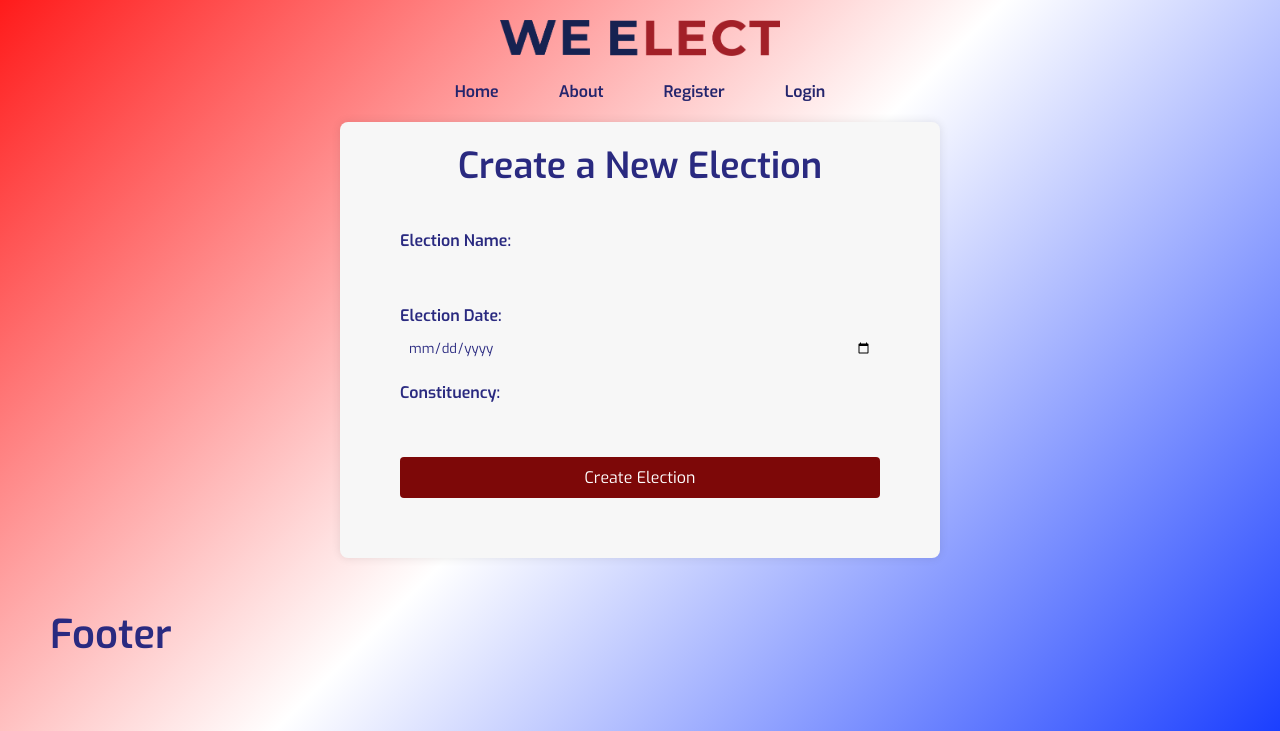
Repository: Bojurie/Register-Foe
Page: /register-election (app in my-app/)
These files come from the project's save history. The page is drawn as it stood at one moment and after the next save; the edit follows.
The browser window is 1280 px wide. The pictures show the whole page.
Some web fonts or font styles are not loaded; a fallback is used. The project was rebuilt for these pictures with package versions that can differ from the ones it lists, and the page was loaded fresh each time. Also part of the build but not shown: my-app/src/components/TextLink.css, my-app/src/components/TextLink.js, my-app/src/components/FormInput.js, my-app/src/components/LoginForm/LoginForm.js, my-app/src/components/SignIn.js, my-app/src/components/FormTitle.css, my-app/src/components/FormTitle.js, my-app/src/components/signIn-page.js and 21 more.

Above is the page before, as saved 2023-12-21 05:35:00.

### my-app/public/index.html
<!DOCTYPE html>
<html lang="en">
  <head>
    <meta charset="utf-8" />
    <link rel="icon" href="%PUBLIC_URL%/favicon.ico" />
    <meta name="viewport" content="width=device-width, initial-scale=1" />
    <meta name="theme-color" content="#000000" />
    <meta
      name="description"
      content="Web site created using create-react-app"
    />
    <link rel="apple-touch-icon" href="%PUBLIC_URL%/logo192.png" />
    <link rel="manifest" href="%PUBLIC_URL%/manifest.json" />

    <link rel="preconnect" href="https://fonts.googleapis.com">
    <link rel="preconnect" href="https://fonts.gstatic.com" crossorigin>
    <link rel="preconnect" href="https://fonts.googleapis.com">
<link rel="preconnect" href="https://fonts.gstatic.com" crossorigin>
<link rel="preconnect" href="https://fonts.googleapis.com">
<link rel="preconnect" href="https://fonts.gstatic.com" crossorigin>
<link href="https://fonts.googleapis.com/css2?family=Exo:ital,wght@0,400;0,500;0,600;1,500;1,600;1,700&family=GFS+Neohellenic:ital,wght@0,400;0,700;1,400;1,700&family=Roboto:wght@400;500&display=swap" rel="stylesheet">
    <title>React App</title>
  </head>
  <body>
    <noscript>You need to enable JavaScript to run this app.</noscript>
    <div id="root"></div>
    <!--
      This HTML file is a template.
      If you open it directly in the browser, you will see an empty page.

      You can add webfonts, meta tags, or analytics to this file.
      The build step will place the bundled scripts into the <body> tag.

      To begin the development, run `npm start` or `yarn start`.
      To create a production bundle, use `npm run build` or `yarn build`.
    -->
  </body>
</html>

### my-app/src/index.js
import React from "react";
import { createRoot } from "react-dom/client";
import { BrowserRouter } from "react-router-dom";
import App from "./App";
import { AuthProvider } from "./components/AuthContext/AuthContext";

const root = document.getElementById("root");
const reactRoot = createRoot(root);

reactRoot.render(
  <BrowserRouter>
    <AuthProvider>
      <App />
    </AuthProvider>
  </BrowserRouter>
);

### my-app/src/App.js
import React from "react";
import { Routes, Route } from "react-router-dom";
import "./App.css";
import { AuthProvider, useAuth } from "./components/AuthContext/AuthContext";
import SignInPage from "./components/signIn-page";
import Register from "./register";
import Main from "./components/Main/Main";
import LandingPage from "./Pages/LandingPage/LandingPage";
import Navbar from "./components/Navbar/Navbar";
import Footer from "./components/Footer/Footer";
import CandidateRegistrationForm from "./components/CandidateRegistration/CandidateRegistration";
import ElectionRegistrationForm from "./components/ElectionRegisteration/ElectionRegistration";

function App() {
  const { user } = useAuth();
  return (
    <div className="App">
      <AuthProvider>
        <Navbar />
        <Routes>
          <Route path="/register-candidate" element={<CandidateRegistrationForm />} />
          <Route path="/register-election" element={<ElectionRegistrationForm />} />
          <Route path="/register" element={<Register />} />
          <Route path="/login" element={<SignInPage />} />
          <Route path="/" element={<LandingPage />} />
          {user && <Route path="/main" exact element={<Main />} /> }
        </Routes>
        <Footer />
      </AuthProvider>
    </div>
  );
}
export default App;

### my-app/src/components/AuthContext/AuthContext.jsx
import { createContext, useContext, useEffect, useReducer } from "react";
import { loginUser, registerUser } from "../AuthAPI/AuthAPI";
import { useNavigate } from "react-router";
import {
  getStoredUser,
  removeStoredUser,
  getStoredToken,
  removeStoredToken,
} from "../LocalStorageManager/LocalStorageManager";

export const AuthContext = createContext();

// Action types
const ActionTypes = {
  LOGIN_SUCCESS: "LOGIN_SUCCESS",
  LOGOUT: "LOGOUT",
  REGISTER_SUCCESS: "REGISTER_SUCCESS",
};

// Reducer function
const authReducer = (state, action) => {
  switch (action.type) {
    case ActionTypes.LOGIN_SUCCESS:
    case ActionTypes.REGISTER_SUCCESS:
      return { ...state, user: action.payload.user };
    case ActionTypes.LOGOUT:
      return { ...state, user: null };
    default:
      return state;
  }
};

export const AuthProvider = ({ children }) => {
  const initialState = { user: null };
  const [state, dispatch] = useReducer(authReducer, initialState);
  const navigate = useNavigate();

  useEffect(() => {
    const initializeAuth = async () => {
      const token = getStoredToken();
      if (token) {
        const user = getStoredUser();
        dispatch({ type: ActionTypes.LOGIN_SUCCESS, payload: { user } });
      }
    };
    initializeAuth();
  }, []);

  const register = async (formData) => {
    try {
      const response = await registerUser(formData);
      if (response.success) {
        console.log("User registered successfully");
      }
    } catch (error) {
      console.error("Registration failed:", error);
      throw error;
    }
  };

  const login = async (formData) => {
    try {
      const { user } = await loginUser(formData);
      dispatch({ type: ActionTypes.LOGIN_SUCCESS, payload: { user } });
      navigate("/main");
    } catch (error) {
      console.error("Login failed:", error);
      throw error;
    }
  };

  const logout = async () => {
    removeStoredUser();
    removeStoredToken();
    dispatch({ type: ActionTypes.LOGOUT });
    navigate("/");
  };

  const contextValue = {
    user: state.user,
    login,
    logout,
    register,
    isAuthenticated: !!state.user,
  };

  return (
    <AuthContext.Provider value={contextValue}>{children}</AuthContext.Provider>
  );
};

export const useAuth = () => {
  const context = useContext(AuthContext);
  if (!context) {
    throw new Error("useAuth must be used within an AuthProvider");
  }
  return context;
};

### my-app/src/App.css
/* .App {
  height: 100%;
} */
*{
  margin: 0px;
  padding: 0px;
  font-family: 'Exo', sans-serif;
  color: rgb(42, 42, 128);
}
body{
    background: linear-gradient(135deg, #ff1b1b, #ffffff 50%, #1b3fff);


}
@media only screen and (min-width: 992px){
  h1{
    font-size: 45px;
  }
  h2{
    font-size: 35px;
  }
  h3{
    font-size: 25px;
  }
}

/* font-family: 'Poppins', sans-serif; */

### my-app/src/components/Navbar/Navbar.jsx
import React, { useContext } from "react";
import { Link } from "react-router-dom";
import { motion } from "framer-motion";
import "./Navbar.css";
import LogoLeft from "../images/logo4-2.png";
import LogoRight from "../images/logo5.png";
import LogoutButton from "../LogoutButton";
import { AuthContext } from "../AuthContext/AuthContext.jsx";

const Navbar = () => {
  const { user } = useContext(AuthContext);

  const navbarVariants = {
    hidden: { opacity: 0, y: -50 },
    visible: { opacity: 1, y: 0 },
  };

  const linkVariants = {
    hover: { scale: 1.1 },
    color: "red",
  };

  return (
    <motion.nav
      className="Nav"
      initial="hidden"
      animate="visible"
      variants={navbarVariants}
    >
      <div className="Logo">
        <motion.div
          className="Logo-Left"
          initial={{ x: -100, opacity: 0 }}
          animate={{ x: 0, opacity: 1 }}
          transition={{ duration: 2, ease: "easeInOut" }}
        >
          <img src={LogoLeft} alt="Logo" />
        </motion.div>

        <motion.div
          className="Logo-Right"
          initial={{ x: 100, opacity: 0 }}
          animate={{ x: 0, opacity: 1 }}
          transition={{ duration: 2, ease: "easeInOut" }}
        >
          <img src={LogoRight} alt="Logo" />
        </motion.div>
      </div>
      <ul className="Nav-Links">
        <motion.li whileHover="hover" variants={linkVariants}>
          <Link to="/">Home</Link>
        </motion.li>
        <motion.li whileHover="hover" variants={linkVariants}>
          <Link to="/about">About</Link>
        </motion.li>
        <motion.li whileHover="hover" variants={linkVariants}>
          <Link to="/register">Register</Link>
        </motion.li>
        {user ? (
          <motion.li>
            <LogoutButton />
          </motion.li>
        ) : (
          <motion.li whileHover="hover" variants={linkVariants}>
            <Link to="/login">Login</Link>
          </motion.li>
        )}
      </ul>
    </motion.nav>
  );
};

export default Navbar;

### my-app/src/components/Footer/Footer.jsx
import React from 'react';
import './Footer.css'

function Footer() {
  return (
    <div className='Footer'>
      <h1>Footer</h1>
    </div>
  )
}

export default Footer

### my-app/src/components/ElectionRegisteration/ElectionRegistration.js
import React, { useState } from "react";
import axios from "axios";
import './ElectionRegistration.css'
import { motion } from "framer-motion";


const ElectionRegistrationForm = () => {
  const [formData, setFormData] = useState({
    electionName: "",
    electionDate: "",
    constituency: "",
  });

  const handleChange = (e) => {
    const { name, value } = e.target;
    setFormData({
      ...formData,
      [name]: value,
    });
  };

  const handleSubmit = async (e) => {
    e.preventDefault();

    try {
      const response = await axios.post("auth/election/create-election", formData);
      console.log(response.data);
    } catch (error) {
      console.error("Error creating election:", error);
    }
  };

  return (
    <motion.div
      initial={{ opacity: 0, y: -20 }}
      animate={{ opacity: 1, y: 0 }}
      exit={{ opacity: 0 }}
      transition={{ duration: 0.5 }}
      className="container mt-4 election-form-container"
    >
      <h2>Create a New Election</h2>
      <form onSubmit={handleSubmit}>
        <div className="mb-3">
          <label htmlFor="electionName" className="form-label">
            Election Name:
          </label>
          <input
            type="text"
            id="electionName"
            name="electionName"
            value={formData.electionName}
            onChange={handleChange}
            required
            className="form-control"
          />
        </div>

        <div className="mb-3">
          <label htmlFor="electionDate" className="form-label">
            Election Date:
          </label>
          <input
            type="date"
            id="electionDate"
            name="electionDate"
            value={formData.electionDate}
            onChange={handleChange}
            required
            className="form-control"
          />
        </div>

        <div className="mb-3">
          <label htmlFor="constituency" className="form-label">
            Constituency:
          </label>
          <input
            type="text"
            id="constituency"
            name="constituency"
            value={formData.constituency}
            onChange={handleChange}
            className="form-control"
          />
        </div>

        <button type="submit" className="btn btn-primary">
          Create Election
        </button>
      </form>
    </motion.div>
  );
};

export default ElectionRegistrationForm;

### my-app/src/components/AuthAPI/AuthAPI.jsx
import axios from "axios";
import { setStoredUser, setStoredToken } from "../LocalStorageManager/LocalStorageManager";

const API_BASE_URL = "http://localhost:3001/auth";

export const loginUser = async (formData) => {
  try {
    const { data } = await axios.post(`${API_BASE_URL}/login`, formData);
    const { user, token } = data;

    if (!user || !user.id || !user.username || !token) {
      throw new Error("Invalid user data received");
    }
    setStoredUser(user);
    setStoredToken(token);
    return user;
  } catch (error) {
    console.error("Login failed:", error);

    if (error.response) {
      console.error("Server response:", error.response.data);
    }

    throw error;
  }
};

export const registerUser = async (formData) => {
    try {
    const response = await axios.post(`${API_BASE_URL}/register`, formData);

    if (response.status === 201) {
      console.log("Registration successful:", response.data);
      return { success: true };
    } else {
      throw new Error(response.data.error || "Registration failed");
    }
  } catch (error) {
    console.error("Error registering user:", error);
    throw new Error("An error occurred while registering. Please try again.");
  }
};

### my-app/src/components/LocalStorageManager/LocalStorageManager.jsx
export const setStoredUser = (user) => {
  try {
    localStorage.setItem("user", JSON.stringify(user));
  } catch (error) {
    console.error("Error storing user data in localStorage:", error);
  }
};

export const getStoredUser = () => {
  try {
    const storedUser = localStorage.getItem("user");
    return storedUser ? JSON.parse(storedUser) : null;
  } catch (error) {
    console.error("Error parsing user data from localStorage:", error);
    removeStoredUser(); // Remove corrupted data if any
    return null;
  }
};

export const removeStoredUser = () => {
  try {
    localStorage.removeItem("user");
  } catch (error) {
    console.error("Error removing user data from localStorage:", error);
  }
};

export const setStoredToken = (token) => {
  try {
    localStorage.setItem("token", token);
  } catch (error) {
    console.error("Error storing token in localStorage:", error);
  }
};

export const getStoredToken = () => {
  try {
    return localStorage.getItem("token");
  } catch (error) {
    console.error("Error getting token from localStorage:", error);
    return null;
  }
};

export const removeStoredToken = () => {
  try {
    localStorage.removeItem("token");
  } catch (error) {
    console.error("Error removing token from localStorage:", error);
  }
};

### my-app/src/components/signIn-page.css
* {
  padding: 0;
  margin: 0;
}

h1 {
  z-index: 1000 !important;
}

.sign-in-form__title {
  z-index: 1000 !important;

}
.sign_in_wrapper{
  display: flex;
    height: 600px;
    align-items: center;
    justify-content: center;
}

.form-header_wrapper{
  width: 50%;

}
.signin-container {
    width: 100%;
    padding: 0px 100px;
}

.signIn_form_wrapper>.form_field_wrappers input {
  width: 96%;
}

.signIn_form_wrapper {
  width: 50%;
}

.signin_form_wrapper {
  width: 50%;
  display: flex;
    align-items: center;
    justify-content: center;
}

.form-header_title {
  display: flex;
  justify-content: center;
  align-items: center;
  color: white;
  padding: 70px 0px;


  padding: 30px 0;
  text-transform: uppercase;
  letter-spacing: 3px;
  font-weight: 400;
  font-family: 'Old Standard TT',
    serif;
}

.signIn_link {
  padding: 0px 40px;
}

.form-header_title {
  position: relative;
  color: white;
}

.form-title {
  z-index: 1000 !important;
  color: rgb(163 32 40);
}

.form-header_title::after,
.form-header_title::before {
  position: absolute;
  content: "";
  width: 160px;
  height: 160px;
  background: white;
  bottom: -1;
  z-index: 100;
}

.form-header_title::before {
  right: 50%;
  transform: skew(0, 20deg);
}

.form-header_title::after {
  left: 50%;
  transform: skew(0, -20deg);
}

@media only screen and (max-width: 760px) {
  .sign_in_wrapper {
    display: grid;
    justify-content: normal;
    height: 60px;
    width: 100%;
  }

  .form-header_title {
    width: 100%;
    height: 200px;
  }

  .signin_form_wrapper {
    width: 100%;
    height: 100%;
    padding: 40px 0;
  }
}


@media only screen and (max-width: 600px) {
  .sign_in_wrapper {
    display: grid;
    justify-content: normal;
    height: 60px;
    width: 100%;
  }
.signin-container {
    width: 100%;
    padding: 0px;
}
  .form-header_title {
    width: 100%;
    height: 200px;
    background-color: red;

  }

  .form-title {
    color: rgb(33, 33, 134);
  }

  .signin_form_wrapper {
    width: 100%;
    height: 100%;
    padding: 40px 0;
  }
  button input {
    color: rgb(33, 33, 134);

  }

  .button {
    background-color:rgb(33, 33, 134);
    color: red;
    padding: 10px 30px;

  }

  button:hover {
    background-color: rgb(240, 177, 61);
    color: rgb(42, 42, 128);
  }
}


.login-container {
  max-width: 300px;
  margin: auto;
  padding: 20px;
  border: 1px solid #ccc;
  border-radius: 8px;
  box-shadow: 0 0 10px rgba(0, 0, 0, 0.1);
}

label {
  display: block;
  margin-bottom: 8px;
}

input {
  width: 100%;
  padding: 8px;
  margin-bottom: 16px;
  border: 1px solid #ccc;
  border-radius: 4px;
}

button {
  background-color: rgb(163 32 40);
  color: white;
  padding: 10px 15px;
  border: none;
  border-radius: 4px;
  cursor: pointer;
}

button:hover {
  background-color: #2980b9;
}

.error-message {
  color: #e74c3c;
  margin-bottom: 10px;
}
.button {
    background-color: red;
    color: White;
    padding: 10px 30px;

  }

  .button:hover {
    background-color:rgb(42, 42, 128);
    color: white
  }

### my-app/src/Home.css
* {
  padding: 0;
  margin: 0;
  box-sizing: border-box;
}

.registerIn_page {

}

.register_wrapper {

}

.register-header_wrapper {

}

.register-wrapper {
      display: flex;
    height: 100%;
    align-items: center;
    justify-content: center;
}

.register-form-header_title > h1{
      color: #070448;
}
.register-form-header_title{
  position: relative;
    display: flex;
    justify-content: center;
    align-items: center;
    padding: 30px 0;
    text-transform: uppercase;
    letter-spacing: 3px;
    font-weight: 400;
    font-family: 'Old Standard TT', serif;

}

.register-form-header_title::after, .register-form-header_title::before {
    position: absolute;
    content: "";
    width: 160px;
    height: 160px;
    background: white;
    bottom: -1;
    z-index: 100;
}
.register-form-header_title::before {
    right: 50%;
    transform: skew(0, 20deg);
}

.register-form-header_title::after {
    left: 50%;
    transform: skew(0, -20deg);
}

body {
  font-family: 'Roboto',
    sans-serif;
}

.Home_wrapper {
  align-items: center;
  width: 100%;
  /* display: flex; */
  justify-content: space-around;
  align-items: center;
  height: 100%;

}



.Home_formTitle_wrapper {
  background-color: rgb(7, 4, 72);
  width: 50%;
  float: left;
  height: 100vh;
  display: flex;
  justify-content: center;
  align-items: center;
  color: white;
}

.home-header {
  text-align: center;
  font-size: 40px;
  text-transform: uppercase;
  letter-spacing: 3px;
  font-weight: 400;
  font-family: 'Old Standard TT',
    serif;
  color: white;
}

.Home_form_wrapper {
  width: 50%;
}
.register-form-header_wrapper {
  width: 50%;
}

@media only screen and (max-width: 760px) {
  .Home_wrapper {
    display: grid;
    justify-content: normal;
    height: 60px;
    width: 100%;
  }

  .Home_formTitle_wrapper {
    width: 100%;
    height: 200px;
  }

  .Home_form_wrapper {
    width: 100%;
    height: 100%;
    /* padding: 40px 0; */
  }
}


@media only screen and (max-width: 600px) {
  .Home_wrapper {
    display: grid;
    justify-content: normal;
    height: 60px;
    width: 100%;
  }

  .Home_formTitle_wrapper {
    width: 100%;
    height: 200px;
    background-color: rgb(33, 33, 134);
    color: orange;
  }

  .form-title {
    color:  rgb(42, 42, 128);
  }

  .Home_form_wrapper {
    width: 100%;
    height: 100%;
    padding: 40px 0;
  }

  .form_field_wrappers {
    /* padding: 20px 0; */
  }

  button input {
    background-color: orange;
    color: rgb(33, 33, 134);

  }

  .button {
    background-color: rgb(42, 42, 128);
    color: white;
    padding: 10px 30px;

  }

  button:hover {
    background-color: red;

  }
}
@media only screen and (min-width: 992px){
  h1{
    font-size: 40px;
  }
  h2{
    font-size: 36px;
    font-weight: 700;
  }
  h3{
    font-size: 26px;
    padding: 20px 0px;
  }
}

### my-app/src/Pages/LandingPage/LandingPage.css
/* LandingPage.css */
.LandingPage {
  display: flex;
  flex-direction: column;
  align-items: center;
  justify-content: center;
  color: white;
  text-align: center;
  padding: 50px;
}


.LandingLogo {
  margin-bottom: 20px;
  width: 250px; /* Adjust the size of the logo as needed */
  display: flex;
  justify-content: center;
  align-items: center;
}
.LandingLogo img {
  width: 100%;
  height: 100%;
}
h1 {
  font-size: 2.5em;
  margin-bottom: 0.5em;
}

h3 {
  font-size: 1.5em;
  margin-top: 0;
}

/* Responsive Design */
@media (max-width: 768px) {
  h1 {
    font-size: 2em;
  }
  h3 {
    font-size: 1.2em;
  }
}

### my-app/src/components/Navbar/Navbar.css
.Nav {
  display: flex;
  flex-direction: column;
  align-items: center;
  justify-content: space-between;
  height: auto;
  width: 100%;
  padding: 10px;

}
.Logo{
  width: 300px;
  display: flex;
  justify-content: center;
  align-content: center;
}
.Logo-Left{
  padding: 10px;
}
.Logo-Right{
  padding: 10px;
}

.Logo img{
  width: 100%;
}

.Nav-Links {
  display: flex;
  list-style: none;
  padding: 0;
  margin: 10px 0;
}

.Nav-Links a {
  text-decoration: none;
  margin: 0 10px;
  font-weight: 700;
  color: #24256d;
}

### my-app/src/components/Footer/Footer.css
.Footer{
  padding: 50px;
}

### my-app/src/components/CandidateRegistration/CandidateRegistration.css
/* CandidateRegistrationForm.css */

/* Default styles for larger screens */
.container {
  max-width: 600px;
  margin: 0 auto;
}

.candidate-form-container {
  /* background-color: #f7f7f7; */
  padding: 20px;
  border-radius: 8px;
  box-shadow: 0px 0px 10px rgba(0, 0, 0, 0.1);
}

.form-label {
  font-weight: bold;
}

/* Mobile responsiveness */
@media (max-width: 768px) {
  .container {
    max-width: 100%;
  }

  .candidate-form-container {
    padding: 10px;
  }
}

### my-app/src/components/ElectionRegisteration/ElectionRegistration.css
/* ElectionRegistrationForm.css */

/* Default styles for larger screens */
.container {
  max-width: 600px;
  margin: 0 auto;
}

.election-form-container {
  background-color: #f7f7f7;
  padding: 20px;
  border-radius: 8px;
  box-shadow: 0px 0px 10px rgba(0, 0, 0, 0.1);
}

.form-label {
  font-weight: bold;
}

/* Mobile responsiveness */
@media (max-width: 768px) {
  .container {
    max-width: 100%;
  }

  .election-form-container {
    padding: 10px;
  }
}

### my-app/src/components/Form.css

.register-container {
  /* max-width: 300px;
  margin: auto;
  padding: 20px; */
  width: 100%;
  padding: 0px 100px;
}

h2 {
  text-align: center;
}

form {
  display: flex;
  flex-direction: column;
      padding: 40px;
}

.input-group {
  margin-bottom: 15px;
}

label {
  margin-bottom: 5px;
  font-weight: bold;
}

input {
    padding: 8px;
    border: none;
    border-radius: 4px;
    background-color: transparent;
}

button {
  padding: 10px;
  /* background-color: rgb(7, 4, 72); */
  color: #fff;
  border: none;
  border-radius: 4px;
  cursor: pointer;
  transition: background-color 0.3s;
}

button:hover {
  background-color: #ff0000;
  color:rgb(255, 255, 255);
}

.error {
  color: #ff0000;
  margin: 5px 0px 15px;
}

.success {
  color: #008000;
  margin-top: 5px;
}

### my-app/src/components/Dashboard/Dashboard.css
.Dashboard {
  font-family: 'Digital-7', sans-serif; /* Use a digital font of your choice */
  color: #ffffff;
  padding: 20px;
  display: flex;
  flex-direction: column;
  align-items: center;
  justify-content: center;
  text-align: center;
}

.Middle-Dashboard>SearchBar{
  width: 30%;
}

.Middle-Dashboard {
  display: flex;
  padding: 50px 0px;
  align-items: flex-start;
}
h1 {
  font-size: 2.5rem;
  margin-bottom: 10px;
}

p {
  font-size: 1.2rem;
  margin-bottom: 8px;
}

button {
  background-color: #7d0808;
  color: #ffffff;
  border: none;
  padding: 10px 20px;
  font-size: 1rem;
  cursor: pointer;
  transition: background-color 0.3s ease;
}

button:hover {
  background-color: #1e1e42;
}

.Nav-Links {
  display: flex;
  align-items: center;
  justify-content: center;
}
.Nav-Links a {
  list-style: none;
  padding: 20px;
}

#cube-canvas {
  width: 100%;
  height: 100%;
  position: absolute;
  top: 0;
  left: 0;
  z-index: -1;
  transform: rotateX(45deg) rotateY(45deg);
  perspective: 1000px;
}

/* Add styles for WeatherWidget, ElectionsWidget, and SearchBar as needed */

@media (max-width: 768px) {
  /* Mobile styles */
  h1 {
    font-size: 2rem;
  }

  p {
    font-size: 1rem;
  }

  button {
    padding: 8px 16px;
  }
}

After the next save:
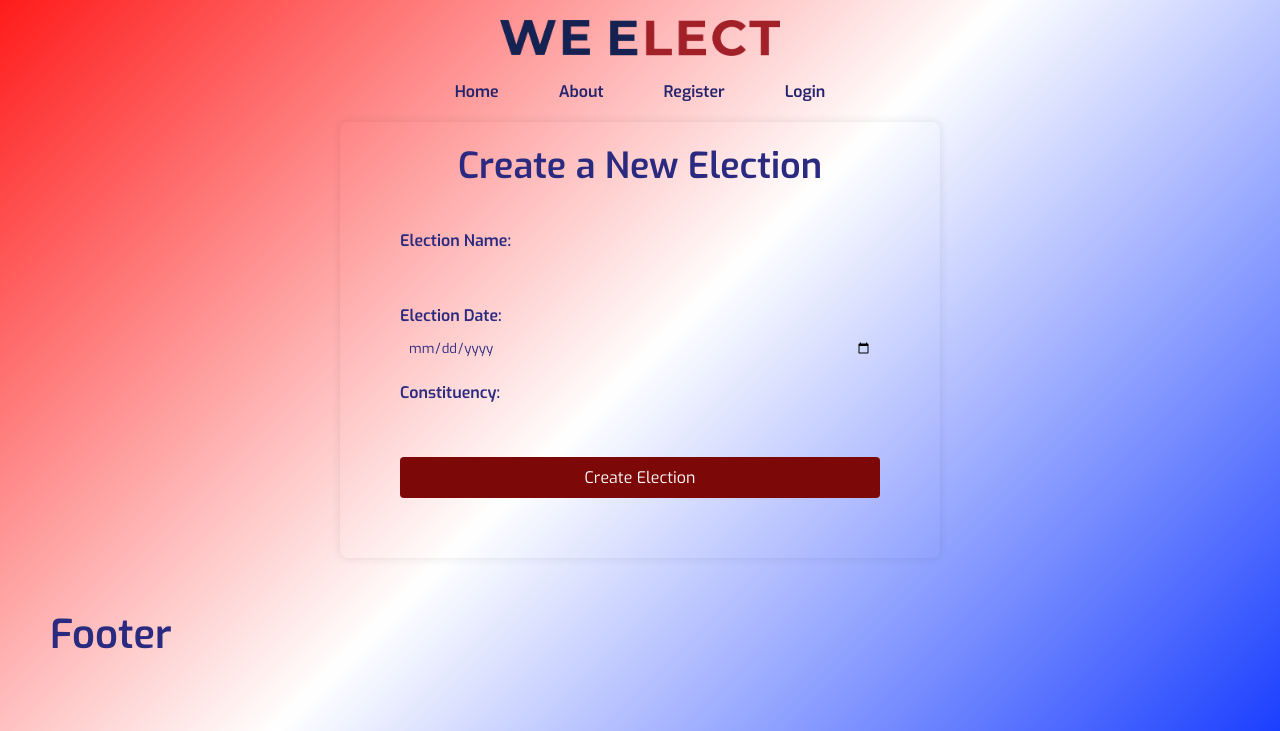
Saved 16 s later.
--- a/my-app/src/components/ElectionRegisteration/ElectionRegistration.css
+++ b/my-app/src/components/ElectionRegisteration/ElectionRegistration.css
@@ -7,7 +7,6 @@
 }
 
 .election-form-container {
-  background-color: #f7f7f7;
   padding: 20px;
   border-radius: 8px;
   box-shadow: 0px 0px 10px rgba(0, 0, 0, 0.1);
